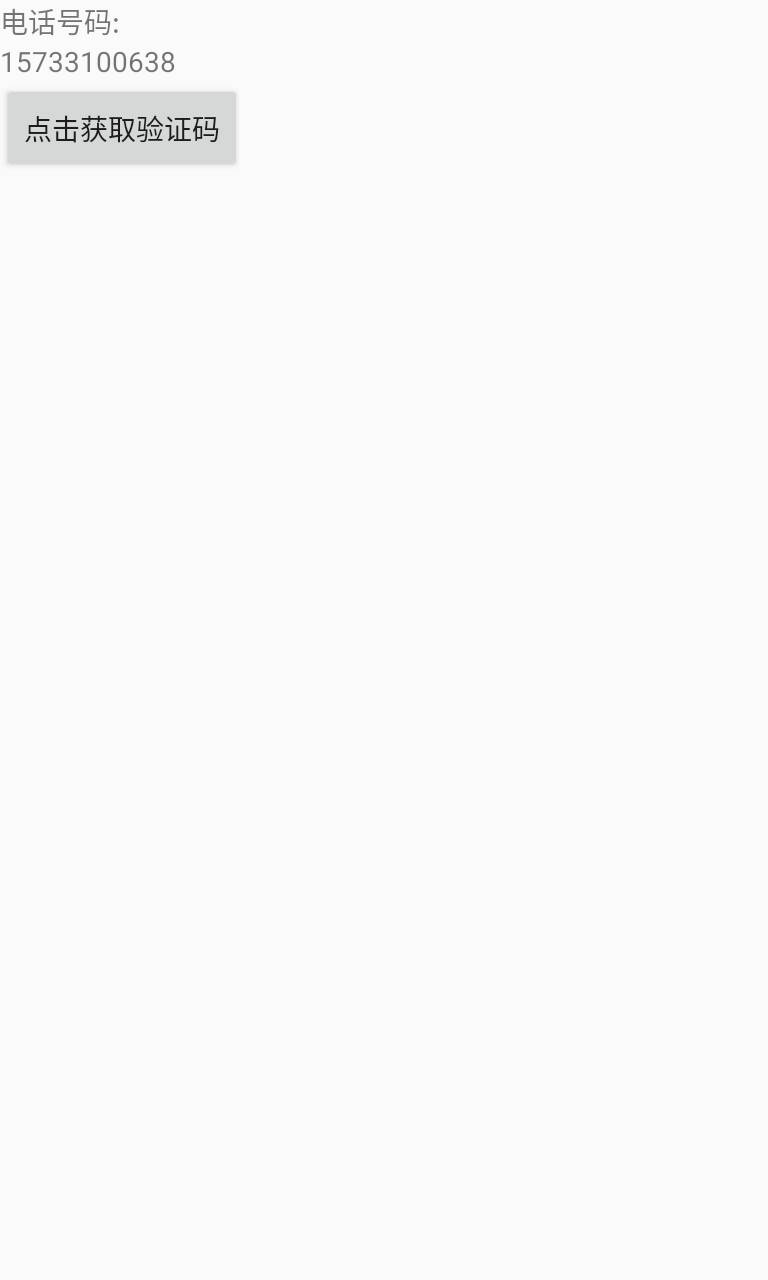
Repository: wzz12/test01
Layout: workspace/androidproject/TestPhoneNum/res/layout/activity_main.xml
These files come from the project's save history. The layout is drawn as it stood at one moment and after the next save; the edit follows.
It is drawn on a 768 x 1280 px phone screen (xhdpi) without system bars, with theme AppTheme; the app's code is not run.

Above is the layout before, as saved 2016-08-23 04:00:39.

### workspace/androidproject/TestPhoneNum/res/layout/activity_main.xml
<LinearLayout xmlns:android="http://schemas.android.com/apk/res/android"
    xmlns:tools="http://schemas.android.com/tools"
    android:layout_width="match_parent"
    android:layout_height="match_parent"
    android:orientation="vertical" >

    <TextView
        android:layout_width="wrap_content"
        android:layout_height="wrap_content"
        android:text="电话号码:" />

    <TextView
        android:layout_width="wrap_content"
        android:layout_height="wrap_content"
        android:text="15733100638" />

    <Button
        android:id="@+id/bt"
        android:layout_width="wrap_content"
        android:layout_height="wrap_content"
        android:text="点击获取验证码" />

</LinearLayout>

Loaded but not shown: workspace/androidproject/TestPhoneNum/res/values/styles.xml (common file); workspace/androidproject/TestPhoneNum/res/values-v11/styles.xml (common file); workspace/androidproject/TestPhoneNum/res/values-v14/styles.xml (common file)

After the next save:
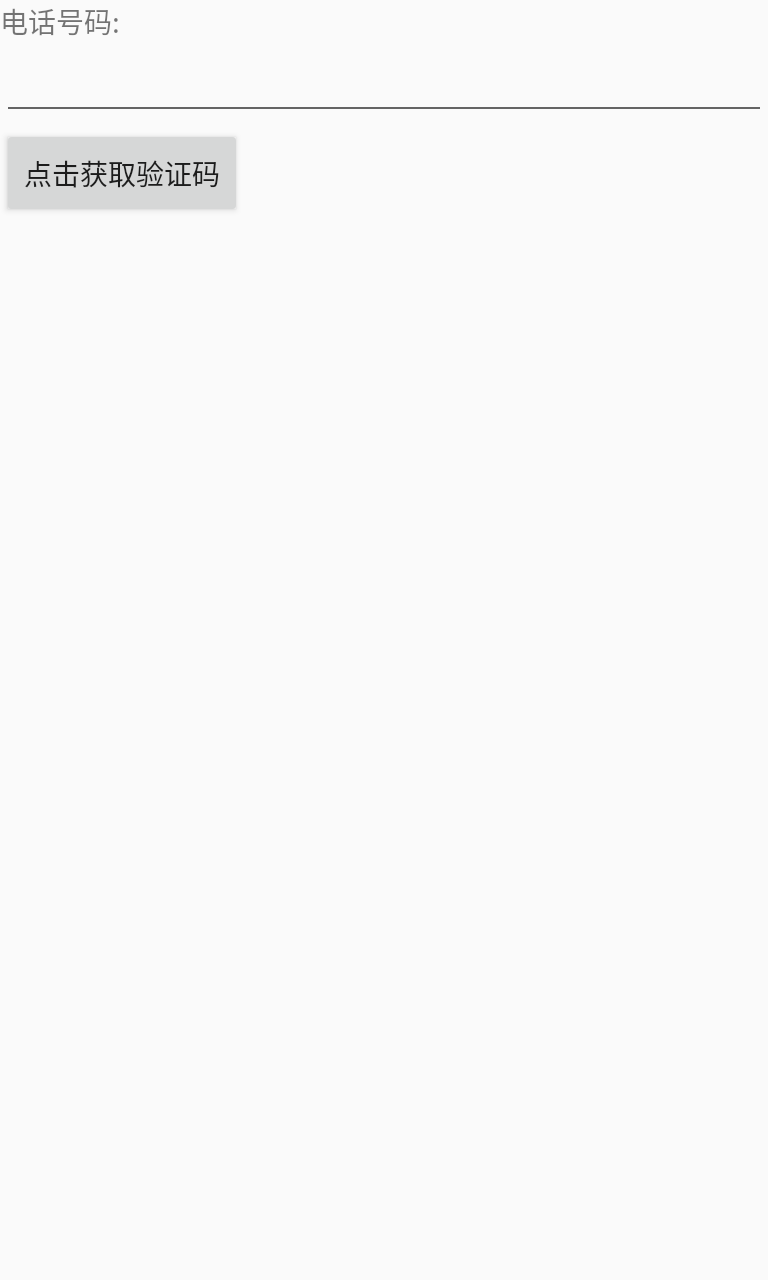
Saved 28 min 52 s later.
--- a/workspace/androidproject/TestPhoneNum/res/layout/activity_main.xml
+++ b/workspace/androidproject/TestPhoneNum/res/layout/activity_main.xml
@@ -9,10 +9,11 @@
         android:layout_height="wrap_content"
         android:text="电话号码:" />
 
-    <TextView
-        android:layout_width="wrap_content"
+    <EditText
+        android:id="@+id/phN"
+        android:layout_width="match_parent"
         android:layout_height="wrap_content"
-        android:text="15733100638" />
+        />
 
     <Button
         android:id="@+id/bt"
